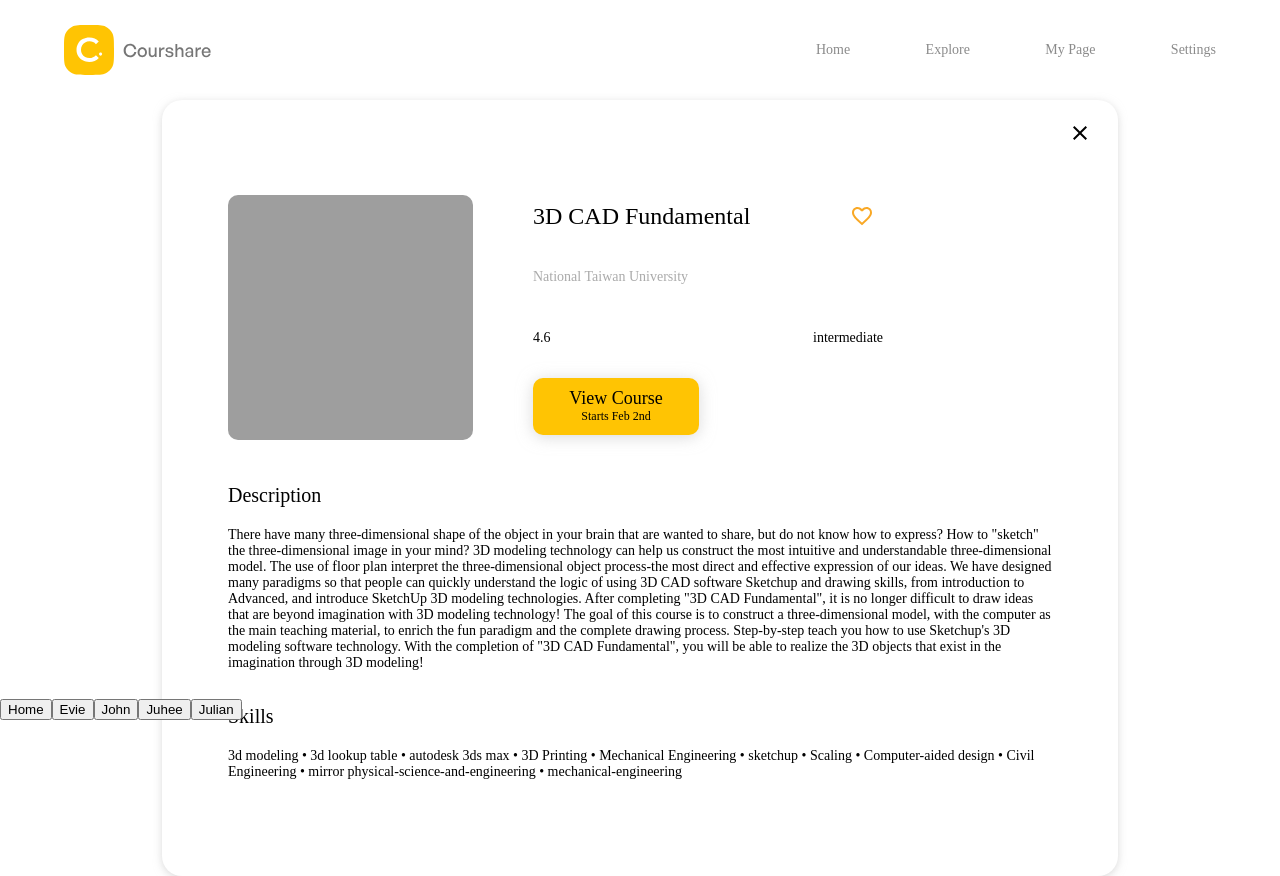
Repository: julianm09/courshare-app
Page: /comps/juhee
These files come from the project's save history. The page is drawn as it stood at one moment and after the next save; the edit follows.
The browser window is 1280 px wide. The pictures show the whole page.
Pictures or frames that could not be fetched are drawn as grey boxes. The project was rebuilt for these pictures with package versions that can differ from the ones it lists, and the page was loaded fresh each time. The framework's server and built-in components were replaced by stand-ins that run in the browser. Also part of the build but not shown: next.config.js.

Above is the page before, as saved 2022-02-07 15:10:25.

After the next save:
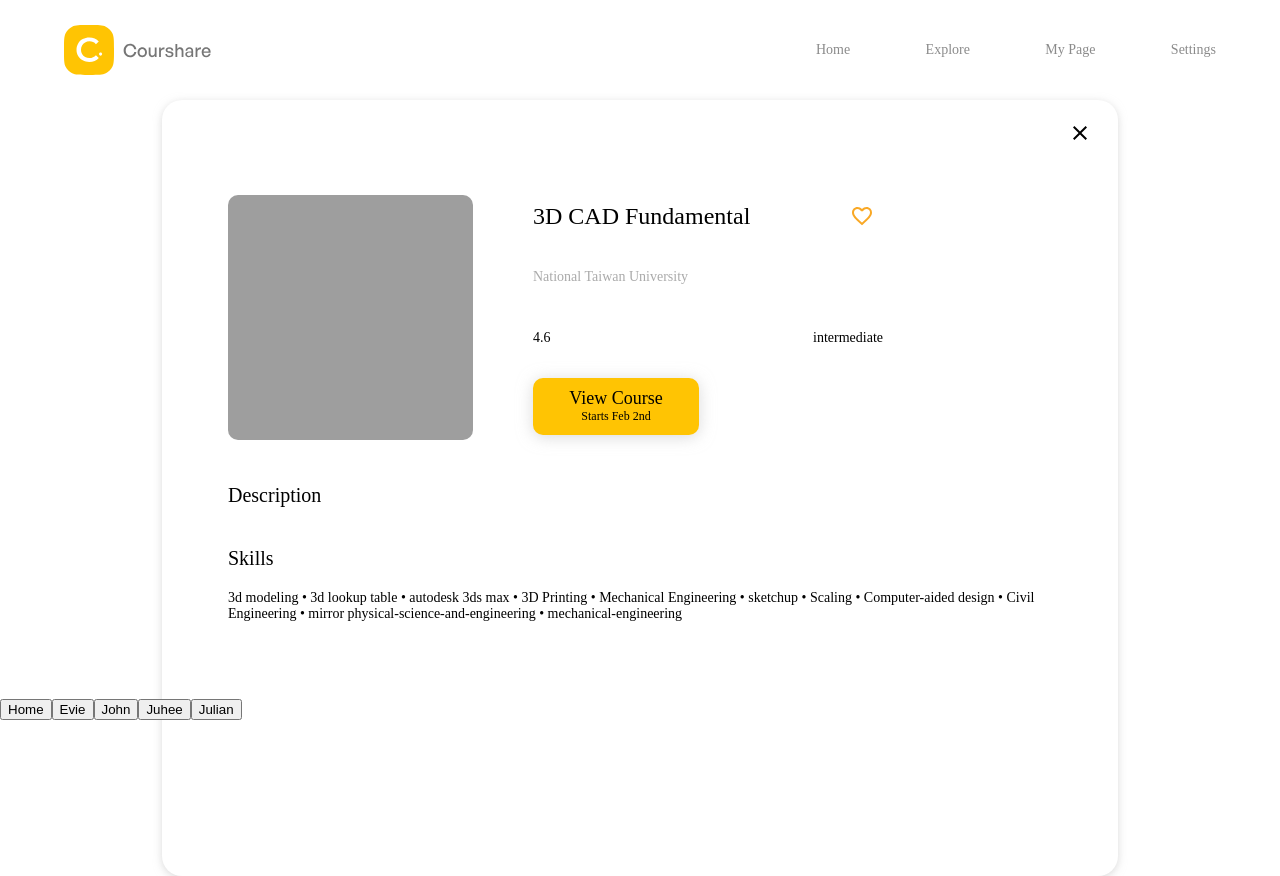
Saved 90 s later.
--- a/components/CourseDetailCard.js
+++ b/components/CourseDetailCard.js
@@ -126,26 +126,7 @@ export default function CourseDetailCard({
         </FristCont>
         <SecondCont>
           <Heading2>Description</Heading2>
-          <Desc>
-            There have many three-dimensional shape of the object in your brain
-            that are wanted to share, but do not know how to express? How to
-            "sketch" the three-dimensional image in your mind? 3D modeling
-            technology can help us construct the most intuitive and
-            understandable three-dimensional model. The use of floor plan
-            interpret the three-dimensional object process-the most direct and
-            effective expression of our ideas. We have designed many paradigms
-            so that people can quickly understand the logic of using 3D CAD
-            software Sketchup and drawing skills, from introduction to Advanced,
-            and introduce SketchUp 3D modeling technologies. After completing
-            "3D CAD Fundamental", it is no longer difficult to draw ideas that
-            are beyond imagination with 3D modeling technology! The goal of this
-            course is to construct a three-dimensional model, with the computer
-            as the main teaching material, to enrich the fun paradigm and the
-            complete drawing process. Step-by-step teach you how to use
-            Sketchup's 3D modeling software technology. With the completion of
-            "3D CAD Fundamental", you will be able to realize the 3D objects
-            that exist in the imagination through 3D modeling!
-          </Desc>
+          <Desc>{description}</Desc>
         </SecondCont>
         <ThirdCont>
           <Heading2>Skills</Heading2>
